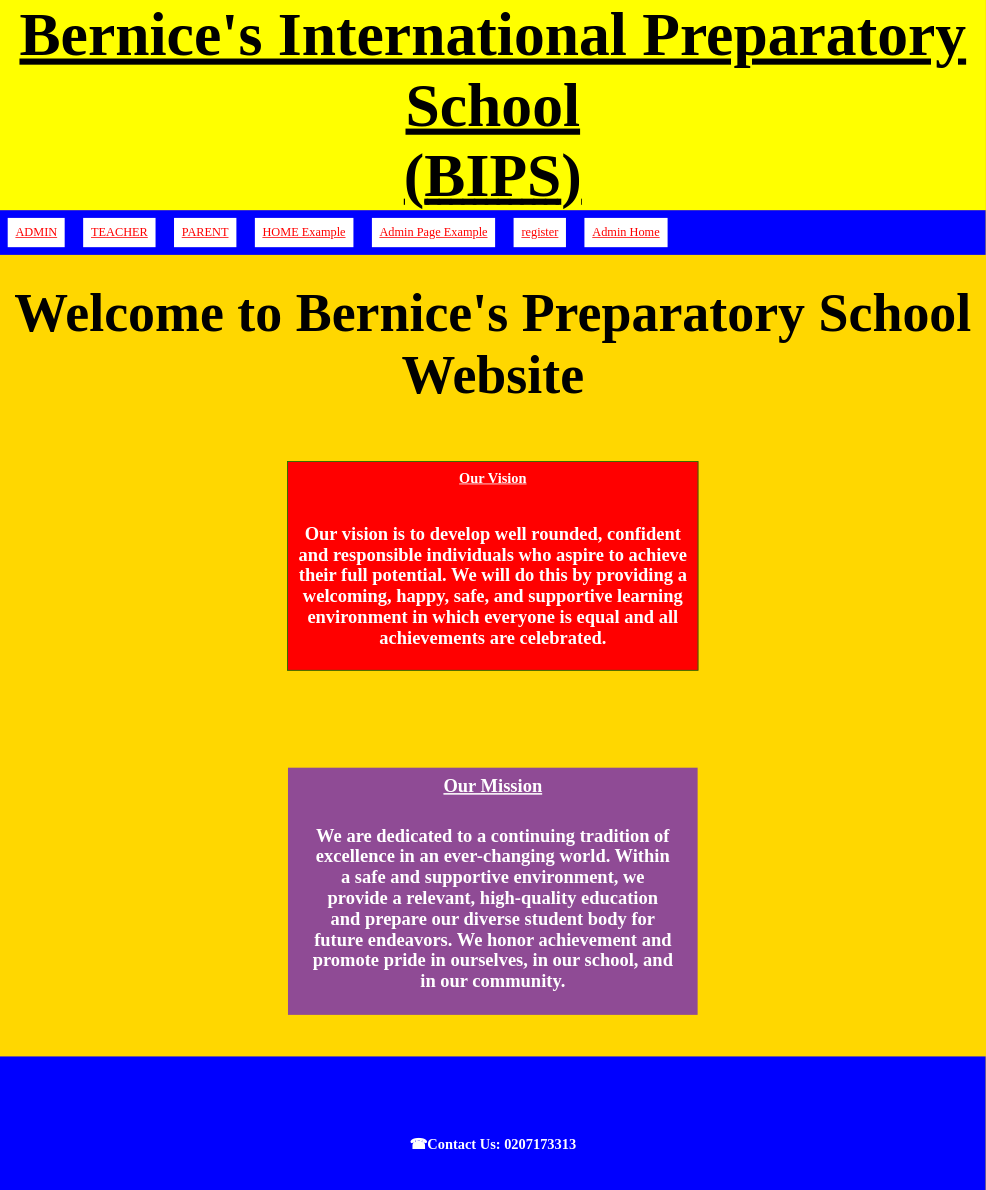
Repository: joseackah/eclipse-workspace
Page: http://localhost/com.school.mgt.system.Front.End/WEB-INF/views/index.jsp
An editor plug-in stored every save of this project. The page is shown before and after the next save, followed by the edit.
The browser window is 1280 px wide. The pictures show the whole page, at 77% of full size.
The page is served by Tomcat 9. Nobody is signed in. Other server files are loaded and not shown. The template is opened directly, without the code that normally fills it, so the values that code supplies are empty.

Above is the page before, as saved 2021-08-15 23:47:25.

### com.school.mgt.system.Front.End/src/main/webapp/WEB-INF/views/index.jsp
<%@ page language="java" contentType="text/html; charset=ISO-8859-1"
    pageEncoding="ISO-8859-1"%>
<!DOCTYPE html>
<html>
<head>
<style type="text/css">

a:link{
color: red;
}
a:visited{
color: green;
}
li:hover{
background-color: green;
transition: 5s;
color: red;
}
.article{
padding: 2em;
color: white;
animation: mymove 5s infinite;
position: relative;
}
@keyframes mymove{
from{background-color: red;
}
to{background-color: blue;
}
}
h3:before{
content: '\260E';}

.aside{
padding: 2em;
color: white;
position: relative;
animation-name: myaside;
animation: myaside 6s infinite;
}
@keyframes myaside{
from{background-color: green;}
to {background-color: rgb(145,74,152);}
}

.footer {
background-color: rgb(23, 24, 26);
height: 100px;
padding: 10px;
padding-top: 4em;
color: white;
align-content: center;


}
</style>

<link href="${pageContext.request.contextPath}/resources/index.css"
	rel="stylesheet">
<meta charset="ISO-8859-1">
<title>HOME</title>
</head>
<body class="body" style="background-color:gold;">
 <div id='firstHeader' class='firstHeader' name='firstHeader'>

        <h1 style="text-align:center; font-size: 80px;"><ins>Bernice's International Preparatory School <p>(<abbr title="Bernice's International Preparatory School">BIPS</abbr>)</p></ins></h1>
    </div>
    <nav>
        <ul>
            <li><a href="${pageContext.request.contextPath}/general/logIn">ADMIN</a></li>
            <li><a href="${pageContext.request.contextPath}/general/teacherLogin">TEACHER</a></li>
            <li><a href="${pageContext.request.contextPath}/general/parentLogin">PARENT</a></li>
            <li><a href="${pageContext.request.contextPath}/general/homeExample">HOME Example</a></li>
       		<li><a href="${pageContext.request.contextPath}/general/adminPageExample">Admin Page Example</a></li>
        <li><a href="${pageContext.request.contextPath}/general/image">register</a></li>
        <li><a href="${pageContext.request.contextPath}/general/adminHomePageExample2">Admin Home</a></li>
        </ul>

    </nav>

<br/>
<br />
<h1 style='text-align: center; font-size: 70px;'>Welcome to Bernice's Preparatory School Website</h1>
<br/> <br/>
 <p style="text-align:center"> <h2 style="text-align:center" >  </h2></p> <br /> <br />

 <section style="display:flex-center; width:100%; text-align:center;">
 <article class="article" style="display:;display:inline-block; width:40%; border: 1px solid green; background-color:red;">
  <header style="display:center;"> <h1 style="text-align:center;"> <ins> Our Vision</ins></h1> <br/>
   <p  style="padding: 5px; margin: 10px;"><h2> Our vision is to develop well rounded, confident and responsible individuals who aspire to achieve their full potential. We will do this by providing a welcoming, happy, safe, and supportive learning environment in which everyone is equal and all achievements are celebrated. </h2></p> <br/>
</header>
</article><br /> <br /><br /> <br /><br /> <br /><br /> <br />
<aside class="aside" style="display:inline-block; width:40%; background-color:green;  height: 50%;" >
<article >

<header> <h2> <ins> Our Mission</ins></h2></header> <br/>
<h2> <p style="padding: 10px; margin: 10px;"> We are dedicated to a continuing tradition of excellence in an ever-changing world. Within a safe and supportive environment, we provide a relevant, high-quality education and prepare our diverse student body for future endeavors. We honor achievement and promote pride in ourselves, in our school, and in our community. </p></h2>
</article>
</aside>
</section>
<br /> <br/> <br/>

<footer class="footer"  >
<h3 style="text-align: center;">Contact Us: 0207173313</h3>

</footer>


</body>
</html>

### com.school.mgt.system.Front.End/src/main/webapp/resources/index.css
* {
    padding: 0px;
    margin: 0px;
}

.body{

	background-color:brown;
}

nav {
    /*display: flex;*/
    /*display: inline-block;*/
    align-items: center;
    align-content: center;
    width: 100%;
    border: 4px;
    background-color: blue;
}

nav li {
    display: inline-block;
    padding: 10px;
    margin: 10px;
    background-color: white;
    /*align-content: center;*/
    text-align: center;
}

#searchForm {
    float: right;
    height: 50px;
    width: 20%;
}

#input {
    align-content: flex-end;
    float: right;
    height: 40px;
    width: 70%;
    padding: 10px;
    padding-top: 30px;
    padding-bottom: 16px;
    margin: 5px;
}

#navsub {
    float: right;
    margin-top: 10px;
    margin-right: 5px;
    margin-left: 0px;
    padding: 10px;
}

#firstHeader {
    /*display: flex;*/
    /*float: left;*/
    background-color: yellow;
    height: 500%;
}








#his {
    /*display: flex;*/
    text-align: center;
    padding-top: 20px;
}

#p1 {
    padding: 20px;
    margin: 5px;
}

#brief {
    /*display: ;*/
    float: right;
    width: 50%;
    border: 2px;
    padding: 3px;
    padding-left: 3px;
    text-align: center;
    margin: 5px solid black;
    height: 99%;
    background-color: greenyellow;
    /*clear: both;*/
}

#table1 {
    text-align: left;
    align-content: left;
    padding-left: 10px;
    margin: 55px;
}





.footer {
	background-color: blue;

}

.collapsible {
    background-color: rgb(145, 125, 157);
    color: rgb(201, 181, 152);
    cursor: pointer;
    padding: 2px;
    width: 100%;
    border: none;
    text-align: center;
    outline: none;
    font-size: 12px;
}

.active,
.collapsible:hover {
    background-color: rgb(47, 47, 167);
}

.content {
    padding: 18px;
    display: none;
    overflow: hidden;
    background-color: whitesmoke;
}
.aside, .article{
	padding: 10px;
}

.article:hover{
	background-color: blue;
	color: white;
}

.td{
	padding: .5em 2em;
	border-radius: 5em;
}
nav li:hover{
	background-color:red;

}

After the next save:
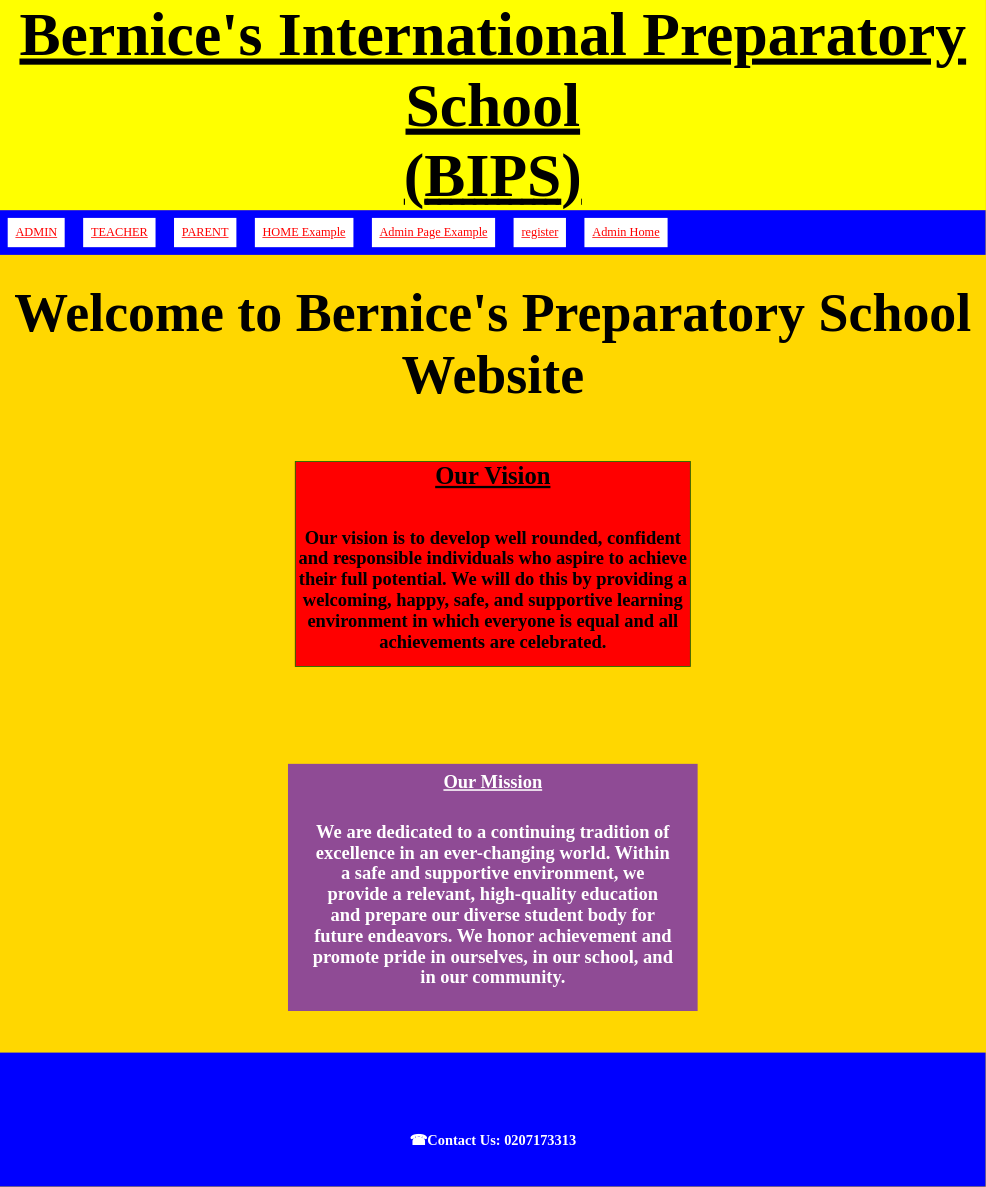
Saved 12 h 23 min later.
--- a/com.school.mgt.system.Front.End/src/main/webapp/WEB-INF/views/index.jsp
+++ b/com.school.mgt.system.Front.End/src/main/webapp/WEB-INF/views/index.jsp
@@ -84,20 +84,20 @@ align-content: center;
 <br/> <br/>
  <p style="text-align:center"> <h2 style="text-align:center" >  </h2></p> <br /> <br />
 
- <section style="display:flex-center; width:100%; text-align:center;">
- <article class="article" style="display:;display:inline-block; width:40%; border: 1px solid green; background-color:red;">
-  <header style="display:center;"> <h1 style="text-align:center;"> <ins> Our Vision</ins></h1> <br/>
-   <p  style="padding: 5px; margin: 10px;"><h2> Our vision is to develop well rounded, confident and responsible individuals who aspire to achieve their full potential. We will do this by providing a welcoming, happy, safe, and supportive learning environment in which everyone is equal and all achievements are celebrated. </h2></p> <br/>
-</header>
-</article><br /> <br /><br /> <br /><br /> <br /><br /> <br />
-<aside class="aside" style="display:inline-block; width:40%; background-color:green;  height: 50%;" >
+ <div class="container" style="display:flex-center; width:100%; text-align:center;">
+ <div class="card" style="display:;display:inline-block; width:40%; border: 1px solid green; background-color:red;">
+  <div class="card-header" style="display:center;"> <h1 style="text-align:center;"> <ins> Our Vision</ins></h1> <br/>
+  <div class="card-body"><p  style="padding: 5px; margin: 10px;"><h2> Our vision is to develop well rounded, confident and responsible individuals who aspire to achieve their full potential. We will do this by providing a welcoming, happy, safe, and supportive learning environment in which everyone is equal and all achievements are celebrated. </h2></p></div>  <br/>
+</div>
+</div><br /> <br /><br /> <br /><br /> <br /><br /> <br />
+<div class="aside" style="display:inline-block; width:40%; background-color:green;  height: 50%;" >
 <article >
 
 <header> <h2> <ins> Our Mission</ins></h2></header> <br/>
 <h2> <p style="padding: 10px; margin: 10px;"> We are dedicated to a continuing tradition of excellence in an ever-changing world. Within a safe and supportive environment, we provide a relevant, high-quality education and prepare our diverse student body for future endeavors. We honor achievement and promote pride in ourselves, in our school, and in our community. </p></h2>
 </article>
-</aside>
-</section>
+</div>
+</div>
 <br /> <br/> <br/>
 
 <footer class="footer"  >
